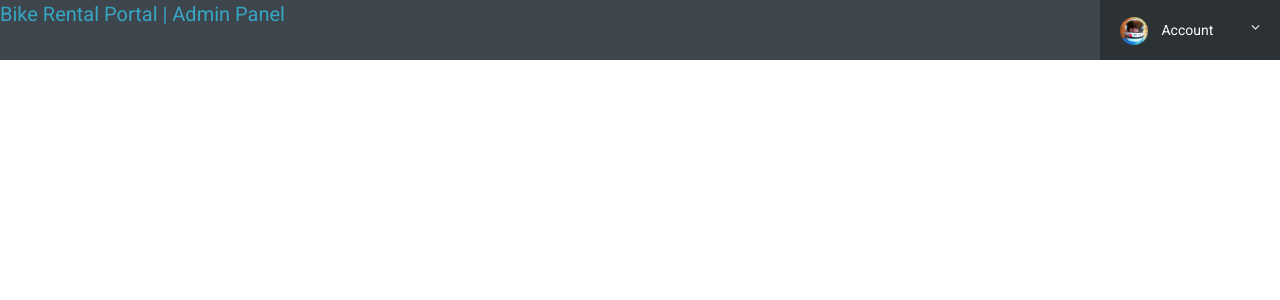
Repository: Het95/Bike-Rental-JSP
Page: http://localhost/AJOep/admin/dashboard.jsp
The author's editor kept a copy of each file at every save. The page is drawn from the files as they stood at one save, then again after the next save.
The browser window is 1280 px wide. The pictures show the whole page.
The page is served by Tomcat 9.

Above is the page before, as saved 2020-06-01 08:29:47.

After the next save:
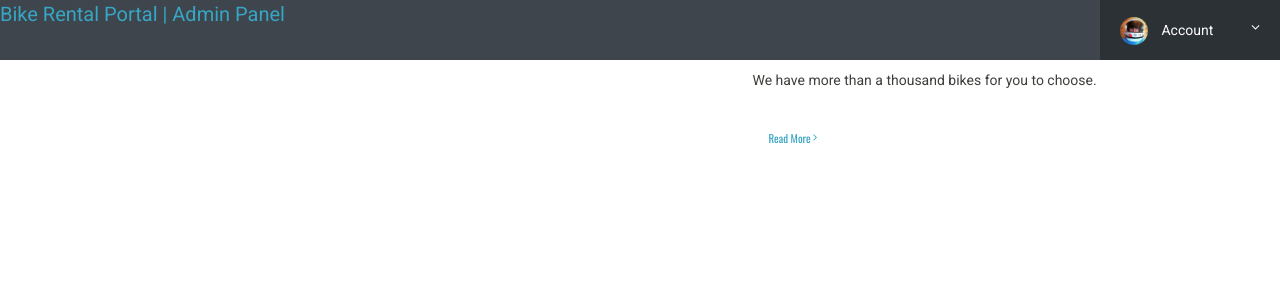
Saved 19 s later.
--- a/AJOep/WebContent/admin/dashboard.jsp
+++ b/AJOep/WebContent/admin/dashboard.jsp
@@ -41,6 +41,22 @@
 		</ul>
 	</div>
 
+	<!-- Banners -->
+		<section id="banner" class="banner-section">
+		  <div class="container">
+		    <div class="div_zindex">
+		      <div class="row">
+		        <div class="col-md-5 col-md-push-7">
+		          <div class="banner_content">
+		            <h1>Find Your Perfect bike</h1>
+		            <p>We have more than a thousand bikes for you to choose. </p>
+		            <a href="bike-listing.jsp" class="btn">Read More <span class="angle_arrow"><i class="fa fa-angle-right" aria-hidden="true"></i></span></a> </div>
+		        </div>
+		      </div>
+		    </div>
+		  </div>
+		</section>
+		<!-- /Banners -->
 
 
 	<!-- Loading Scripts -->

After the save that followed:
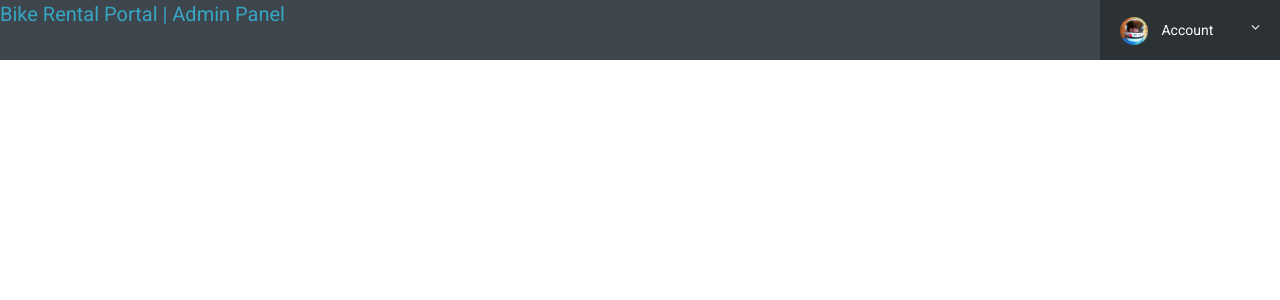
Saved 31 s later.
--- a/AJOep/WebContent/admin/dashboard.jsp
+++ b/AJOep/WebContent/admin/dashboard.jsp
@@ -41,23 +41,6 @@
 		</ul>
 	</div>
 
-	<!-- Banners -->
-		<section id="banner" class="banner-section">
-		  <div class="container">
-		    <div class="div_zindex">
-		      <div class="row">
-		        <div class="col-md-5 col-md-push-7">
-		          <div class="banner_content">
-		            <h1>Find Your Perfect bike</h1>
-		            <p>We have more than a thousand bikes for you to choose. </p>
-		            <a href="bike-listing.jsp" class="btn">Read More <span class="angle_arrow"><i class="fa fa-angle-right" aria-hidden="true"></i></span></a> </div>
-		        </div>
-		      </div>
-		    </div>
-		  </div>
-		</section>
-		<!-- /Banners -->
-
 
 	<!-- Loading Scripts -->
 	<script src="js/jquery.min.js"></script>
